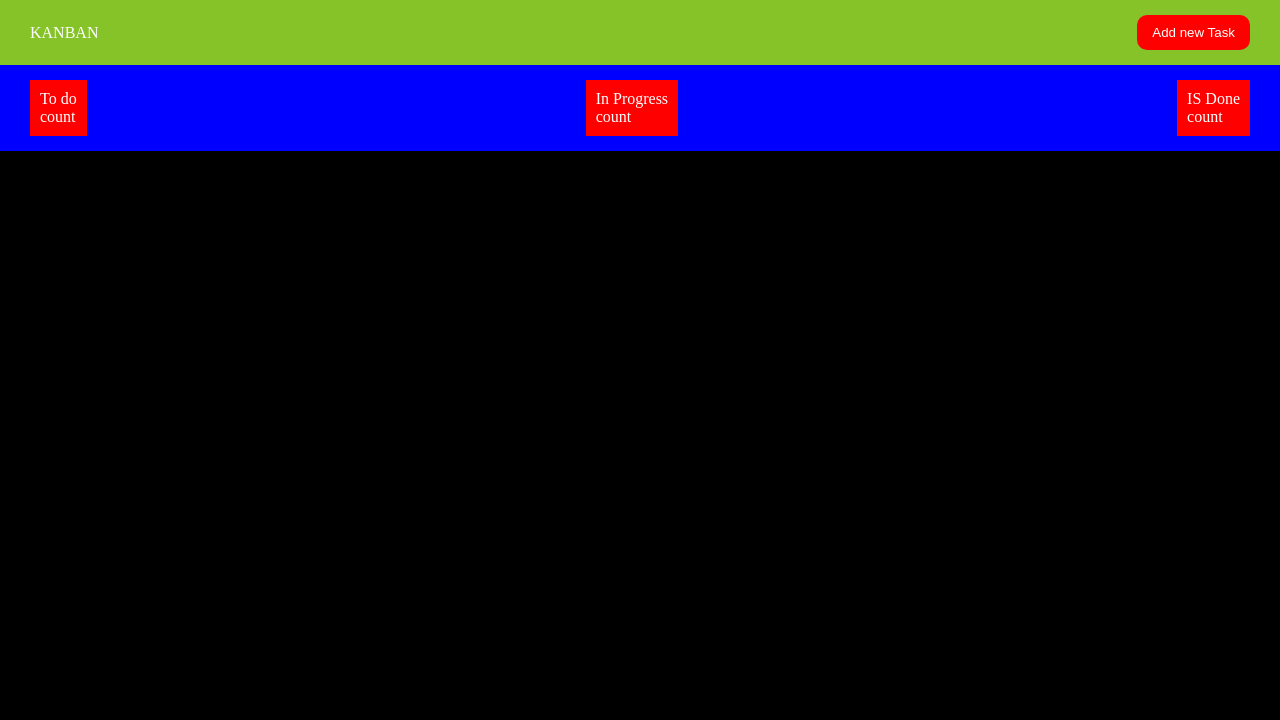
Repository: Sandeepji-5/Kanban-board
Page: index.html
These files come from the project's save history. The page is drawn as it stood at one moment and after the next save; the edit follows.
The browser window is 1280 px wide. The pictures show the whole page.

Above is the page before, as saved 2025-12-08 18:22:22.

After the next save:
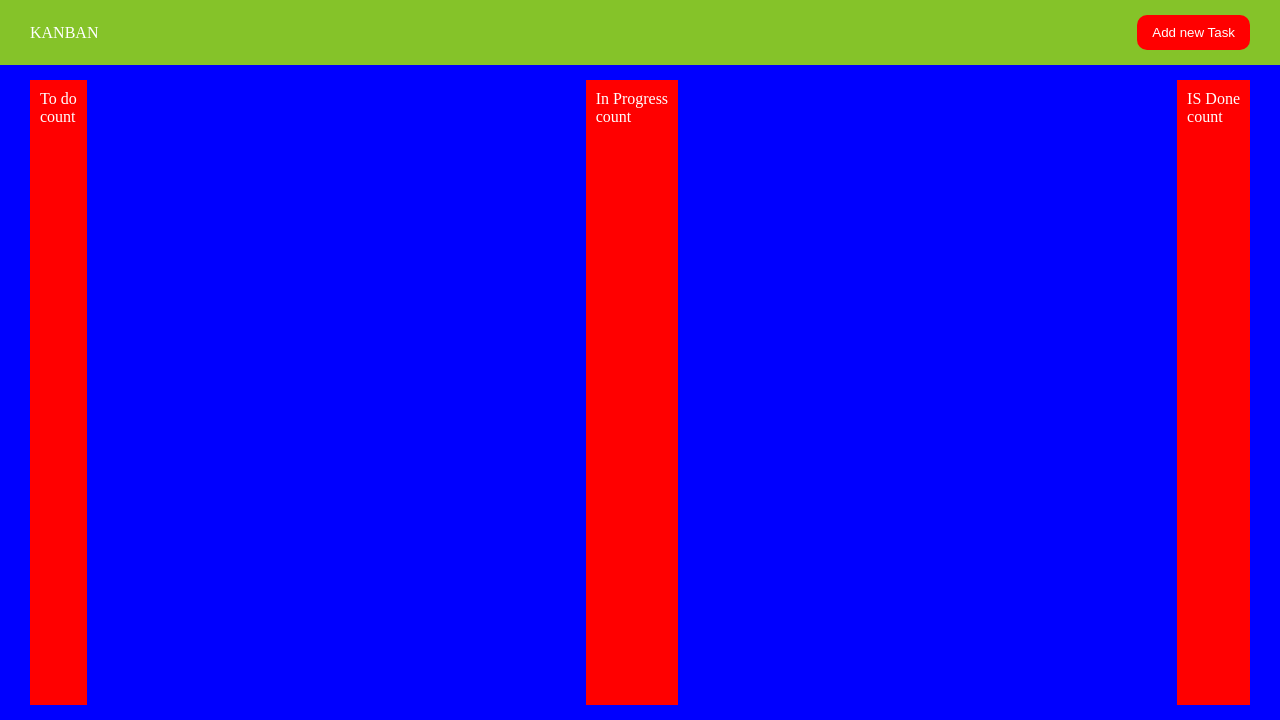
Saved 13 s later.
--- a/style.css
+++ b/style.css
@@ -46,7 +46,7 @@ body {
 }
 main{
     display: flex;
-    height: 100px;
+    height: 100%;
     width: 100%;
     flex-direction: column;
     background-color: rgb(133, 195, 41);
